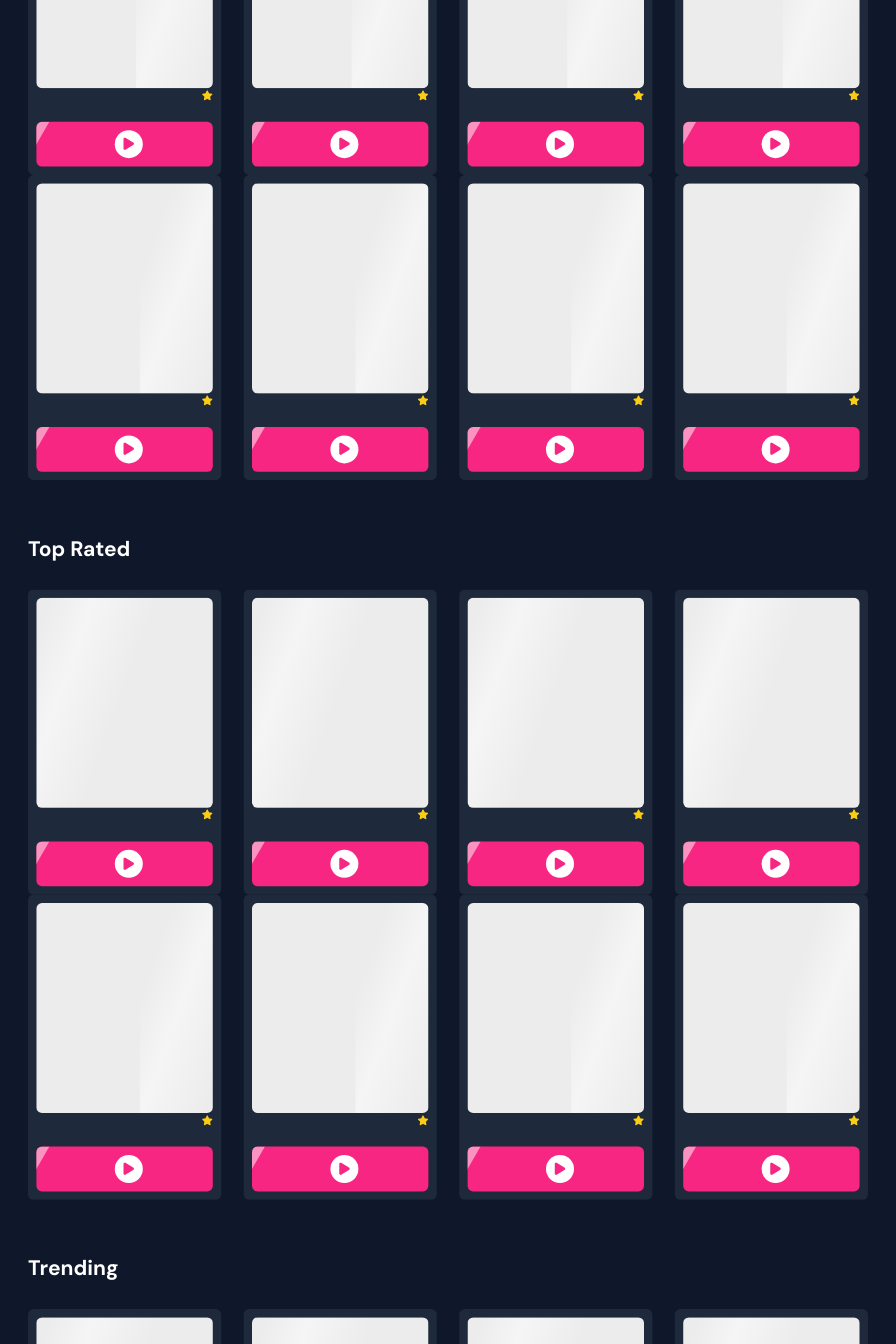
Repository: Linhyum/react-simple-movie
Page: /
The author's editor kept a copy of each file at every save. The page is drawn from the files as they stood at one save, then again after the next save.
The browser window is 1280 px wide. The pictures show the part of the page from y = 1070 to 2990 px (the page is 3892 px tall before and 2584 px after), at 70% of full size.
The page's requests for data from a server got no answer. The project was rebuilt for these pictures with package versions that can differ from the ones it lists, and the page was loaded fresh each time. No one was signed in, and anything a server would have sent is missing.

Above is the page before, as saved 2023-04-02 21:03:23.

### public/index.html
<!DOCTYPE html>
<html lang="en">
    <head>
        <meta charset="utf-8" />
        <link rel="icon" href="%PUBLIC_URL%/favicon.ico" />
        <meta name="viewport" content="width=device-width, initial-scale=1" />
        <meta name="theme-color" content="#000000" />
        <meta name="description" content="Web site created using create-react-app" />
        <link rel="apple-touch-icon" href="%PUBLIC_URL%/logo192.png" />
        <!--
      manifest.json provides metadata used when your web app is installed on a
      user's mobile device or desktop. See https://developers.google.com/web/fundamentals/web-app-manifest/
    -->
        <link rel="manifest" href="%PUBLIC_URL%/manifest.json" />
        <link
            rel="stylesheet"
            href="https://cdnjs.cloudflare.com/ajax/libs/font-awesome/6.4.0/css/all.min.css"
            integrity="sha512-iecdLmaskl7CVkqkXNQ/ZH/XLlvWZOJyj7Yy7tcenmpD1ypASozpmT/E0iPtmFIB46ZmdtAc9eNBvH0H/ZpiBw=="
            crossorigin="anonymous"
            referrerpolicy="no-referrer"
        />
        <!--
      Notice the use of %PUBLIC_URL% in the tags above.
      It will be replaced with the URL of the `public` folder during the build.
      Only files inside the `public` folder can be referenced from the HTML.

      Unlike "/favicon.ico" or "favicon.ico", "%PUBLIC_URL%/favicon.ico" will
      work correctly both with client-side routing and a non-root public URL.
      Learn how to configure a non-root public URL by running `npm run build`.
    -->
        <title>React App</title>
    </head>
    <body>
        <noscript>You need to enable JavaScript to run this app.</noscript>
        <div id="root"></div>
        <!--
      This HTML file is a template.
      If you open it directly in the browser, you will see an empty page.

      You can add webfonts, meta tags, or analytics to this file.
      The build step will place the bundled scripts into the <body> tag.

      To begin the development, run `npm start` or `yarn start`.
      To create a production bundle, use `npm run build` or `yarn build`.
    --></body>
</html>

### src/index.js
import React from "react";
import ReactDOM from "react-dom/client";
import "./index.scss";
import App from "./App";
import reportWebVitals from "./reportWebVitals";
import { BrowserRouter } from "react-router-dom";

const root = ReactDOM.createRoot(document.getElementById("root"));
root.render(
    <React.StrictMode>
        <BrowserRouter>
            <App />
        </BrowserRouter>
    </React.StrictMode>
);

// If you want to start measuring performance in your app, pass a function
// to log results (for example: reportWebVitals(console.log))
// or send to an analytics endpoint. Learn more: https://bit.ly/CRA-vitals
reportWebVitals();

### src/index.scss
@tailwind base;
@tailwind components;
@tailwind utilities;
@import url("https://fonts.googleapis.com/css2?family=DM+Sans:wght@400;500;700&display=swap");

@layer base {
    body.dark {
        @apply bg-slate-900 font-body px-5 text-white;
    }

    body {
        @apply bg-white text-slate-900;
        transition: all linear 0.3s;
    }
    body input {
        @apply text-white;
    }

    .pagination {
        display: flex;
        align-items: center;
        justify-content: center;
        column-gap: 30px;
        font-size: 22px;
        font-weight: 500;
    }

    .pagination .active {
        @apply text-primary;
    }

    @media (max-width: 639px) {
        .moive-page {
            @apply grid-cols-1;
        }
    }

    :root {
        --swiper-theme-color: #f62682 !important;
        --swiper-pagination-bullet-inactive-color: #aaa !important;
        --swiper-pagination-bullet-inactive-opacity: 1;
    }
    .swiper-button-prev,
    .swiper-button-next {
        position: absolute !important;
        top: 50% !important;
        width: 60px !important;
        height: 60px !important;
        margin-top: -12.5px !important;
        z-index: 10 !important;
        cursor: pointer !important;
        border-radius: 50% !important;
        background: rgb(204, 204, 204, 0.7) !important;
        transition: all 0.3s ease !important;
        display: flex;
        justify-content: center !important;
        align-items: center !important;
        font-weight: 700 !important;
    }

    .swiper-button-prev {
        left: 0;
    }

    .swiper-button-next {
        right: 0;
    }

    .swiper-button-prev:hover,
    .swiper-button-next:hover {
        background: rgb(204, 204, 204) !important;
    }
    .movie-list .swiper-pagination {
        display: none;
    }

    @media (max-width: 1023px) {
        .banner .swiper-pagination {
            display: none !important;
        }
    }
    .skeleton {
        background-color: #eee;
        background-image: linear-gradient(110deg, #ececec 8%, #f5f5f5 18%, #ececec 33%);
        background-size: 200% 100%;
        animation: 1.5s shine linear infinite;
    }
    @keyframes shine {
        to {
            background-position-x: -200%;
        }
    }
    /* Tạo thanh cuộn */
    body::-webkit-scrollbar {
        width: 10px;
    }

    /* Tạo màu nền cho thanh cuộn */
    body::-webkit-scrollbar-track {
        background-color: #eee;
    }

    /* Tạo màu cho thanh cuộn */
    body::-webkit-scrollbar-thumb {
        background-color: #f62682;
        border-radius: 5px;
    }
    button {
        position: relative;
        overflow: hidden;
        transition: all 0.3s ease-in-out;
    }

    button:before {
        content: "";
        position: absolute;
        top: 0;
        left: -100%;
        width: 100%;
        height: 100%;
        background-color: rgba(255, 255, 255, 0.5);
        transform: skewX(-30deg);
        transition: all 0.3s ease-in-out;
    }

    button:hover:before {
        left: 0;
    }

    button:hover {
        @apply bg-blue-600;
    }
    button:hover div {
        @apply text-blue-600;
    }
    button div {
        transition: all 0.3s ease-in-out;
    }
}

@layer components {
    .page-container {
        max-width: 1200px;
        @apply mx-auto;
    }
    .movie-list .swiper-slide {
        width: 270px;
    }
    .banner .swiper {
        height: 100%;
    }
    .trailer iframe {
        width: 100%;
        height: 100%;
    }
}

### src/App.js
import { Route, Routes } from "react-router-dom";
import Main from "./components/layout/Main";
// import HomePage from "./pages/HomePage";
// import MovieDetailsPage from "./pages/MovieDetailsPage";
// import MoviePage from "./pages/MoviePage";
import { lazy, Suspense } from "react";

const HomePage = lazy(() => import("./pages/HomePage"));
const MoviePage = lazy(() => import("./pages/MoviePage"));
const MovieDetailsPage = lazy(() => import("./pages/MovieDetailsPage"));

function App() {
    return (
        <Suspense fallback={<></>}>
            <Routes>
                <Route element={<Main></Main>}>
                    <Route path="/" element={<HomePage></HomePage>}></Route>
                    <Route path="/movies" element={<MoviePage></MoviePage>}></Route>
                    <Route
                        path="/movies/:slug"
                        element={<MovieDetailsPage></MovieDetailsPage>}
                    ></Route>
                </Route>
            </Routes>
        </Suspense>
    );
}

export default App;

### src/components/layout/Main.js
import React from "react";
import Header from "./Header";
import { Outlet } from "react-router-dom";
const Main = () => {
    return (
        <>
            <Header></Header>
            <Outlet></Outlet>
        </>
    );
};

export default Main;

### src/pages/HomePage.js
import React from "react";
import Banner from "../components/banner/Banner";
import MovieList from "../components/movie/MovieList";

const HomePage = () => {
    return (
        <>
            <Banner></Banner>
            <section className="movies-layout page-container pb-20">
                <h2 className="capitalize  mb-10 text-3xl font-bold">Now playing</h2>
                <MovieList type={"now_playing"}></MovieList>
            </section>

            <section className="movies-layout page-container pb-20">
                <h2 className="capitalize  mb-10 text-3xl font-bold">Top Rated</h2>
                <MovieList type={"top_rated"}></MovieList>
            </section>

            <section className="movies-layout page-container pb-20">
                <h2 className="capitalize  mb-10 text-3xl font-bold">Trending</h2>
                <MovieList type={"popular"}></MovieList>
            </section>
        </>
    );
};

export default HomePage;

### src/components/layout/Header.js
import React, { useState } from "react";
import { NavLink } from "react-router-dom";

const Header = () => {
    const [dark, setDark] = useState(true);
    const active = ({ isActive }) => isActive && "text-primary";
    const handleClick = () => {
        window.scrollTo({ top: 0, behavior: "smooth" });
    };
    if (dark) {
        document.body.classList.add("dark");
    } else {
        document.body.classList.remove("dark");
    }
    return (
        <>
            <header className="header text-xl font-semibold flex items-center justify-center gap-x-10  py-10 mb-5">
                <NavLink to={"/"} className={active}>
                    Home
                </NavLink>
                <NavLink to={"/movies"} className={active}>
                    Movies
                </NavLink>
            </header>
            <button
                className="fixed z-50 bottom-8 right-8  w-12 h-12 rounded-full bg-primary text-2xl"
                onClick={handleClick}
            >
                <i class="fa-solid fa-house"></i>
            </button>
            <div className="fixed top-3 right-3 z-50">
                <div
                    className={`relative transition-all duration-300 w-20 h-9 flex items-center cursor-pointer rounded-full ${
                        dark ? "bg-primary" : "bg-slate-400"
                    } `}
                    onClick={() => setDark(!dark)}
                >
                    <div
                        className={`absolute flex items-center justify-center transition-all duration-300 w-8 h-8 rounded-full  ${
                            dark ? "left-full -translate-x-full bg-white" : "left-0 bg-primary"
                        }`}
                    >
                        <i
                            className={`${
                                dark
                                    ? "fa-solid fa-moon text-primary"
                                    : "fa-solid fa-sun text-white"
                            }`}
                        ></i>
                    </div>
                </div>
            </div>
        </>
    );
};

export default Header;

### src/components/banner/Banner.js
import React from "react";
import useSWR from "swr";
import { SwiperSlide, Swiper } from "swiper/react";
import "swiper/scss";
import { fetcher, getImg, getMovieList } from "../../config";
import { useNavigate } from "react-router-dom";
import SwiperCore, { Navigation, Pagination, Autoplay } from "swiper";
import "swiper/swiper-bundle.css";
SwiperCore.use([Navigation, Pagination, Autoplay]);
const Banner = () => {
    const { data } = useSWR(getMovieList("upcoming"), fetcher);
    const banners = data?.results || [];
    return (
        <section className="banner h-[600px] page-container mb-20 ">
            <Swiper
                navigation={{ prevEl: ".swiper-button-prev", nextEl: ".swiper-button-next" }}
                autoplay={{ delay: 5000, disableOnInteraction: false }}
                pagination={{ clickable: true }}
                slidesPerView={1}
            >
                {banners.length > 0 &&
                    banners.map((item) => (
                        <SwiperSlide key={item.id}>
                            <BannerItem info={item}></BannerItem>
                        </SwiperSlide>
                    ))}
                <div className="swiper-button-prev"></div>
                <div className="swiper-button-next"></div>
            </Swiper>
        </section>
    );
};

const BannerItem = ({ info }) => {
    const navigate = useNavigate();
    return (
        <div className="w-full h-full rounded-lg relative text-white">
            <div className="overlay absolute inset-0 bg-gradient-to-t from-[rgba(0,0,0,0.7)] to-[rgba(0,0,0,0.2)] rounded-lg"></div>
            <img
                src={getImg(info.poster_path)}
                alt=""
                className="w-full h-full object-cover rounded-lg"
            />
            <div className="absolute left-5 bottom-5 w-full ">
                <h2 className="font-bold text-3xl mb-5">{info.title}</h2>
                <div className="flex items-center gap-x-3 mb-8">
                    <span className="cursor-pointer py-2 px-4 border border-white rounded-md">
                        Adventure
                    </span>
                    <span className="cursor-pointer py-2 px-4 border border-white rounded-md">
                        Adventure
                    </span>
                    <span className="cursor-pointer py-2 px-4 border border-white rounded-md">
                        Adventure
                    </span>
                </div>
                <button
                    onClick={() => navigate(`/movies/${info.id}`)}
                    className="py-3 flex items-center justify-center gap-x-3 px-6 rounded-lg bg-primary text-xl  font-bold"
                >
                    <span>Watch Now</span>
                    <div className="w-10 h-10 rounded-full bg-white text-primary flex items-center justify-center">
                        <i class="fa-solid fa-play"></i>
                    </div>
                </button>
            </div>
        </div>
    );
};

export default Banner;

### src/components/movie/MovieList.js
import React from "react";
import { SwiperSlide, Swiper } from "swiper/react";
import "swiper/scss";
import useSWR from "swr";
import { fetcher, getMovieList } from "../../config";
import MovieCard, { MovieCardSkeleton } from "./MovieCard";
import SwiperCore, { Navigation, Pagination, Autoplay } from "swiper";
import "swiper/swiper-bundle.css";
SwiperCore.use([Navigation, Pagination, Autoplay]);
//https://api.themoviedb.org/3/movie/now_playing?api_key=<<api_key>>
//https://api.themoviedb.org/3/movie/popular?api_key=<<api_key>>
//https://api.themoviedb.org/3/movie/top_rated?api_key=<<api_key>>
let slidesPerView = 0;
const MovieList = ({ type }) => {
    const { data, isLoading } = useSWR(getMovieList(type), fetcher);
    const movies = data?.results || [];
    return (
        <div className="movie-list">
            <Swiper
                navigation={{ prevEl: ".swiper-button-prev", nextEl: ".swiper-button-next" }}
                spaceBetween={30}
                slidesPerView={slidesPerView}
                grabCursor={true}
                breakpoints={{
                    0: {
                        slidesPerView: 1,
                        spaceBetween: 0,
                    },
                    640: {
                        slidesPerView: 2,
                        spaceBetween: 20,
                    },
                    768: {
                        slidesPerView: 3,
                        spaceBetween: 20,
                    },
                    1024: {
                        slidesPerView: 4,
                        spaceBetween: 30,
                    },
                    1280: {
                        slidesPerView: 4,
                        spaceBetween: 30,
                    },
                    1536: {
                        slidesPerView: 5,
                        spaceBetween: 40,
                    },
                }}
            >
                {!isLoading && (
                    <div className="grid grid-cols-4 gap-x-8">
                        <MovieCardSkeleton></MovieCardSkeleton>
                        <MovieCardSkeleton></MovieCardSkeleton>
                        <MovieCardSkeleton></MovieCardSkeleton>
                        <MovieCardSkeleton></MovieCardSkeleton>
                    </div>
                )}
                <div className="grid grid-cols-4 gap-x-8">
                    <MovieCardSkeleton></MovieCardSkeleton>
                    <MovieCardSkeleton></MovieCardSkeleton>
                    <MovieCardSkeleton></MovieCardSkeleton>
                    <MovieCardSkeleton></MovieCardSkeleton>
                </div>
                {isLoading &&
                    movies.length > 0 &&
                    movies.map((item) => (
                        <SwiperSlide key={item.id}>
                            <MovieCard info={item}></MovieCard>
                        </SwiperSlide>
                    ))}
                <div className="swiper-button-prev"></div>
                <div className="swiper-button-next"></div>
            </Swiper>
        </div>
    );
};

export default MovieList;

### src/components/movie/MovieCard.js
import React from "react";
import { useNavigate } from "react-router-dom";
import Button from "../button/Button";

import { getImg } from "../../config";
import { withErrorBoundary } from "react-error-boundary";
import LoadingSkeleton from "../LoadingSkeleton";
const MovieCard = ({ info }) => {
    const navigate = useNavigate();
    return (
        <div className="movie-card text-white hover:shadow-lg hover:shadow-primary transition-all duration-300 rounded-lg p-3 bg-slate-800 select-none">
            <img
                src={getImg(info.poster_path)}
                alt=""
                className="object-cover w-full h-[350px] rounded-lg mb-5"
            />
            <h3 title={info.title} className="text-xl font-bold mb-3 truncate">
                {info.title}
            </h3>
            <div className="flex items-center justify-between text-sm  mb-7">
                <span className="opacity-50">{new Date(info.release_date).getFullYear()}</span>
                <div className="flex items-center gap-x-2">
                    <span className="opacity-50">{info.vote_average.toFixed(1)}</span>
                    <div className="text-yellow-400">
                        <i class="fa-solid fa-star"></i>
                    </div>
                </div>
            </div>
            <Button onclick={() => navigate(`/movies/${info.id}`)} title={"Watch now"}></Button>
        </div>
    );
};

function FallbackComponent() {
    return <p className="text-red-500 bg-red-200">Something went wrong with this component</p>;
}

export default withErrorBoundary(MovieCard, {
    FallbackComponent,
});

export function MovieCardSkeleton() {
    return (
        <div className="movie-card text-white hover:shadow-lg hover:shadow-primary transition-all duration-300 rounded-lg p-3 bg-slate-800 select-none">
            <LoadingSkeleton height="300px" radius="8px"></LoadingSkeleton>
            <div className="flex items-center justify-between text-sm  mb-7">
                <span className="opacity-50"></span>
                <div className="flex items-center gap-x-2">
                    <span className="opacity-50"></span>
                    <div className="text-yellow-400">
                        <i class="fa-solid fa-star"></i>
                    </div>
                </div>
            </div>
            <Button></Button>
        </div>
    );
}

### src/config.js
const fetcher = (...args) => fetch(...args).then((res) => res.json());
const getMovieList = (type1 = "", type2 = "", type3 = "") =>
    `https://api.themoviedb.org/3${type3}/movie/${type1}${type2}?api_key=9e4dcf244e30611641c2a44c752a2353`;
const getImg = (type) => `https://image.tmdb.org/t/p/original${type}`;
export { fetcher, getMovieList, getImg };

### src/components/button/Button.js
import React from "react";

const Button = ({ onclick, title }) => {
    return (
        <button
            onClick={onclick}
            className="py-3 text-white flex items-center justify-center gap-x-3 bg-primary rounded-lg w-full text-xl font-bold hover:opacity-90"
        >
            <span>{title}</span>
            <div className="w-10 h-10 rounded-full bg-white text-primary flex items-center justify-center">
                <i class="fa-solid fa-play"></i>
            </div>
        </button>
    );
};

export default Button;

### src/components/LoadingSkeleton.js
import React from "react";

const LoadingSkeleton = (props) => {
    return (
        <div
            className={`skeleton ${props.className}`}
            style={{
                height: props.height,
                width: props.width || "100%",
                borderRadius: props.radius,
            }}
        ></div>
    );
};

export default LoadingSkeleton;

### tailwind.config.js
/** @type {import('tailwindcss').Config} */
module.exports = {
    content: ["./src/**/*.{js,jsx,ts,tsx}"],
    theme: {
        extend: {
            fontFamily: {
                body: ["DM Sans", "sans-serif"],
            },
            colors: {
                primary: "#f62682",
            },
        },
    },
    plugins: [],
};

Loaded but not shown: src/reportWebVitals.js (common file)

After the next save:
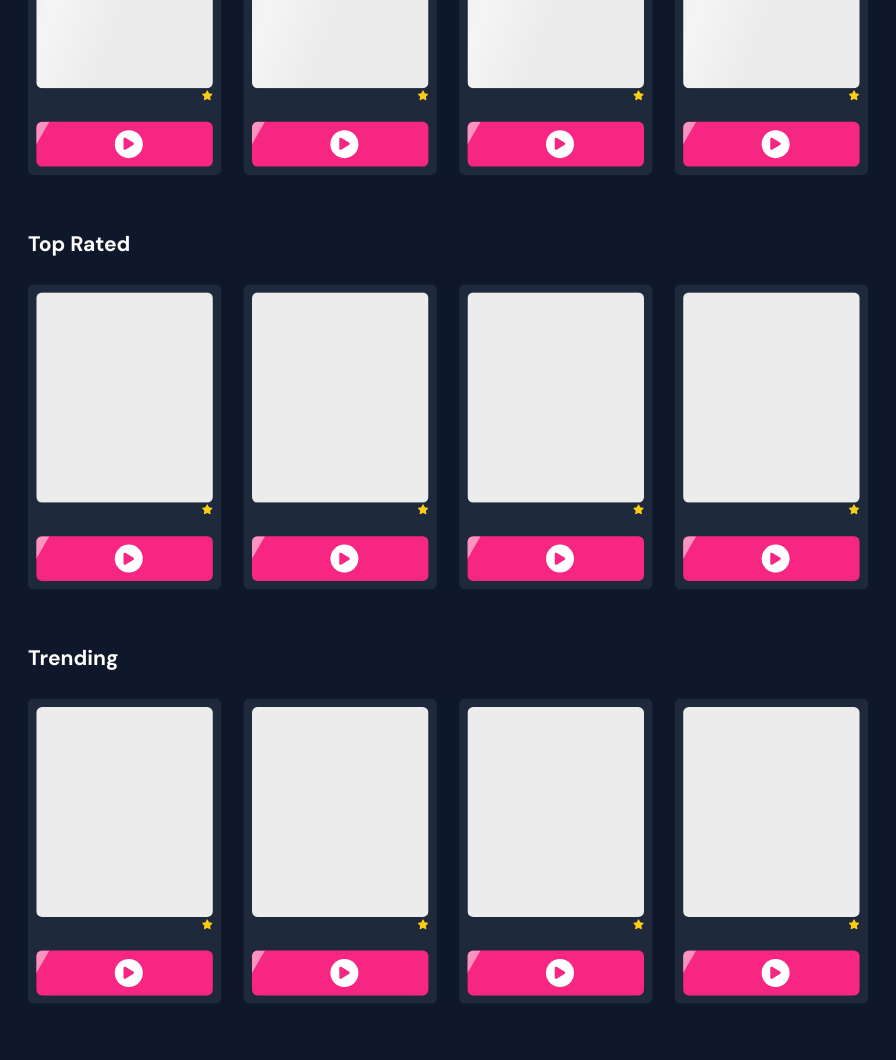
Saved 20 s later.
--- a/src/components/movie/MovieList.js
+++ b/src/components/movie/MovieList.js
@@ -56,12 +56,6 @@ const MovieList = ({ type }) => {
                         <MovieCardSkeleton></MovieCardSkeleton>
                     </div>
                 )}
-                <div className="grid grid-cols-4 gap-x-8">
-                    <MovieCardSkeleton></MovieCardSkeleton>
-                    <MovieCardSkeleton></MovieCardSkeleton>
-                    <MovieCardSkeleton></MovieCardSkeleton>
-                    <MovieCardSkeleton></MovieCardSkeleton>
-                </div>
                 {isLoading &&
                     movies.length > 0 &&
                     movies.map((item) => (
